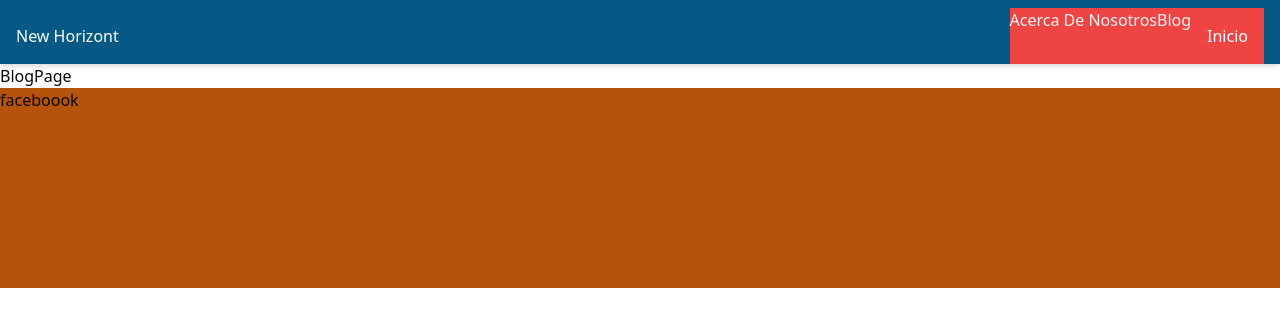
Repository: jefrydep/new-horizont-school
Page: /blog
These files come from the project's save history. The page is drawn as it stood at one moment and after the next save; the edit follows.
The browser window is 1280 px wide. The pictures show the whole page.
The project was rebuilt for these pictures with package versions that can differ from the ones it lists, and the page was loaded fresh each time. The framework's server and built-in components were replaced by stand-ins that run in the browser. Also part of the build but not shown: next.config.ts.

Above is the page before, as saved 2024-11-07 19:56:32.

After the next save:
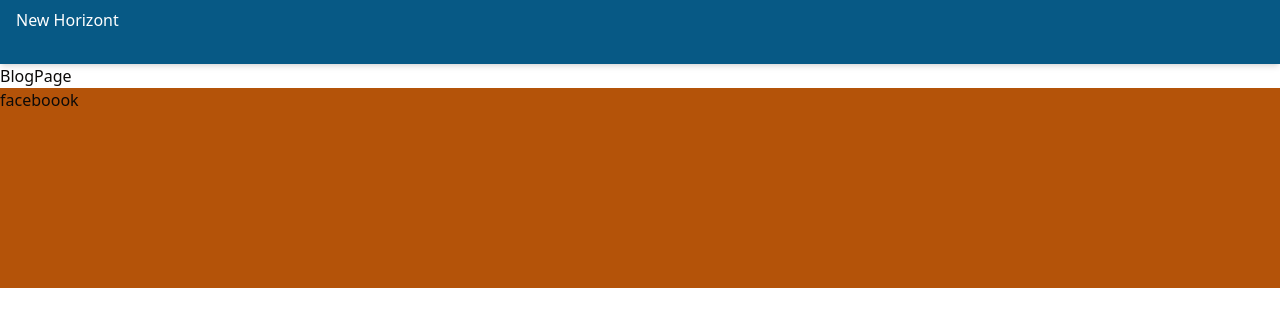
Saved 10 s later.
--- a/src/components/Navbar.tsx
+++ b/src/components/Navbar.tsx
@@ -10,7 +10,7 @@
     <header className="bg-sky-800 shadow-md h-16">
       <div className="flex justify-between items-center  m-auto container px-4 py-2">
         <div className="text-white">New Horizont</div>
-        <nav className="outline-none hidden bg-red-500  sm:flex list-none">
+        <nav className="outline-none hidden bg-red-500    list-none">
           <li className="text-secondary">
             <Link href={"/about"}>Acerca De Nosotros</Link>
           </li>

After the save that followed:
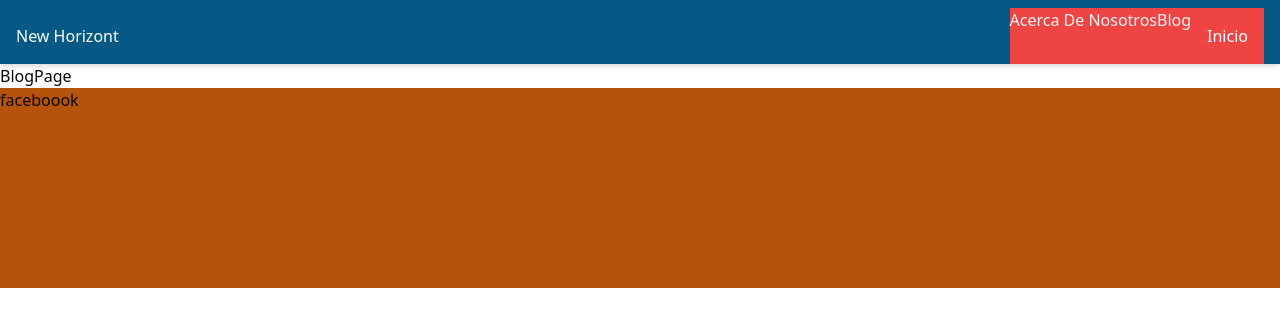
Saved 4 s later.
--- a/src/components/Navbar.tsx
+++ b/src/components/Navbar.tsx
@@ -10,7 +10,7 @@
     <header className="bg-sky-800 shadow-md h-16">
       <div className="flex justify-between items-center  m-auto container px-4 py-2">
         <div className="text-white">New Horizont</div>
-        <nav className="outline-none hidden bg-red-500    list-none">
+        <nav className="outline-none hidden bg-red-500  sm:flex list-none">
           <li className="text-secondary">
             <Link href={"/about"}>Acerca De Nosotros</Link>
           </li>
